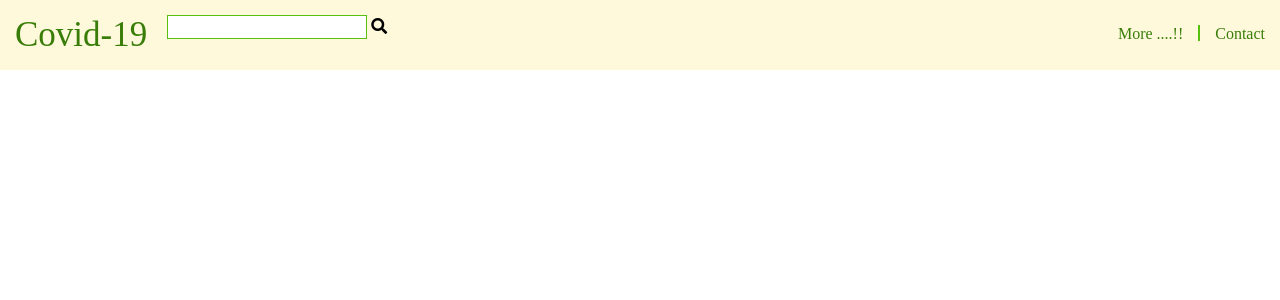
Repository: thuongton98/Covid
Page: html-css-js/index.html
An editor plug-in stored every save of this project. The page is shown before and after the next save, followed by the edit.
The browser window is 1280 px wide. The pictures show the whole page.

Above is the page before, as saved 2021-07-01 09:11:32.

After the next save:
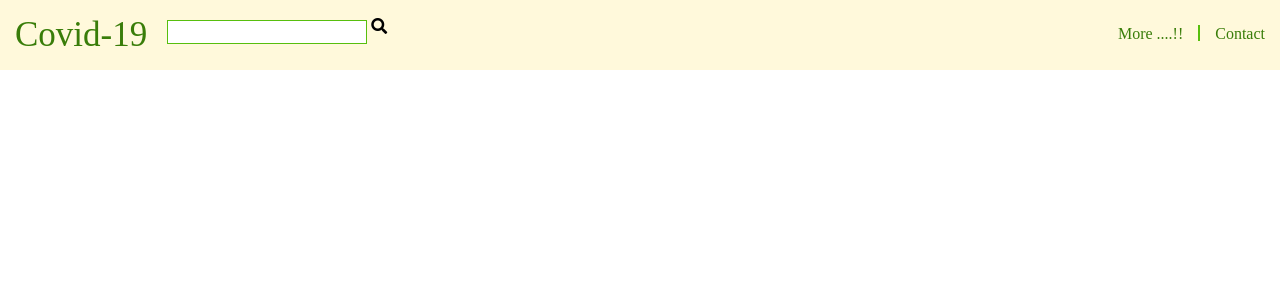
Saved 20 s later.
--- a/html-css-js/styles.css
+++ b/html-css-js/styles.css
@@ -70,6 +70,8 @@ nav .icon .icon-search input{
    outline: none;
    border: none;
    font-size: 17px;
-   border:1px solid #57bf0d
+   border:1px solid #57bf0d;
+   position: relative;
+   top:5px
 
 }
